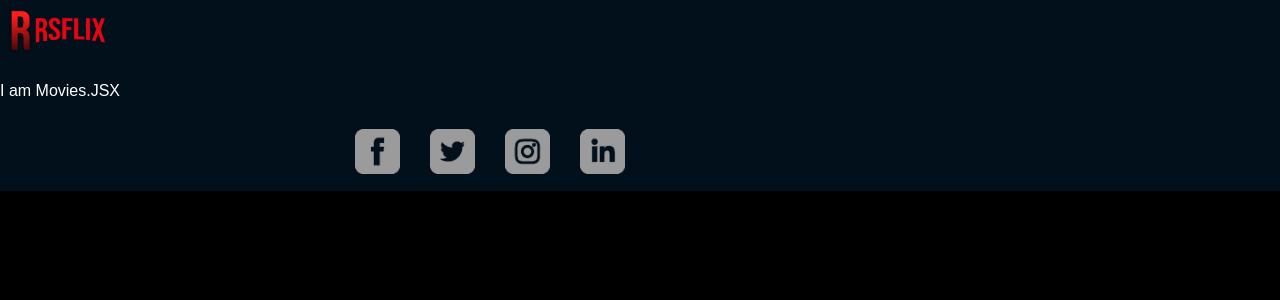
Repository: ronnysalas459/final_project_react
Page: /
These files come from the project's save history. The page is drawn as it stood at one moment and after the next save; the edit follows.
The browser window is 1280 px wide. The pictures show the whole page.
The project was rebuilt for these pictures with package versions that can differ from the ones it lists, and the page was loaded fresh each time. Also part of the build but not shown: src/containers/Favorites.jsx.

Above is the page before, as saved 2021-09-28 20:05:39.

After the next save:
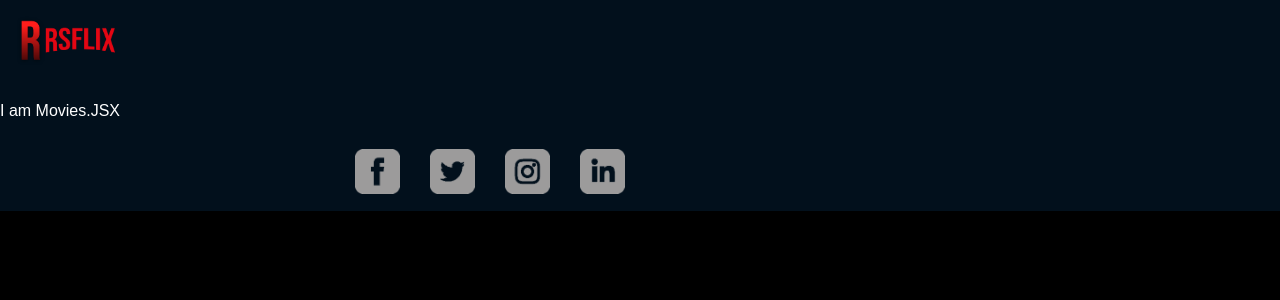
Saved 12 s later.
--- a/src/assets/styles/App.scss
+++ b/src/assets/styles/App.scss
@@ -3,7 +3,7 @@
 @mixin colCenCen {
   display: flex;
   flex-direction: column;
-  padding: 5px;
+  padding: 15px;
 }
 
 @mixin flexBetCen {
